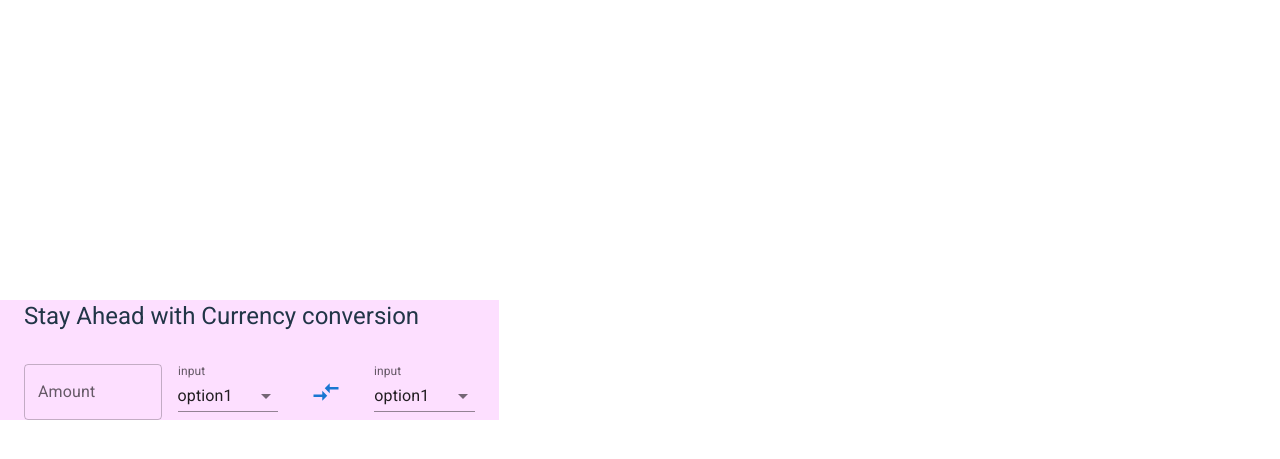
Repository: Asad-devv/CURRENCY
Page: /
The author's editor kept a copy of each file at every save. The page is drawn from the files as they stood at one save, then again after a run of saves.
The browser window is 1280 px wide. The pictures show the whole page.
The project was rebuilt for these pictures with package versions that can differ from the ones it lists, and the page was loaded fresh each time. Also part of the build but not shown: craco.config.js.

Above is the page before, as saved 2023-03-02 15:27:57.

### src/main.jsx
import React from 'react'
import ReactDOM from 'react-dom/client'
import App from './App'
import './index.css'
import '@fontsource/roboto/300.css';
import '@fontsource/roboto/400.css';
import '@fontsource/roboto/500.css';
import '@fontsource/roboto/700.css';


ReactDOM.createRoot(document.getElementById('root')).render(
  <React.StrictMode>
    <App />
  </React.StrictMode>,
)

### src/App.jsx
import { Button, Container,Typography,Grid } from "@mui/material";
import { useState } from "react";
import reactLogo from "./assets/react.svg";
import InputAmount from "./components/InputAmount";
import SelectCountry from "./components/selectCountry";
import SwitchCurrency from "./components/SwitchCurrency";
// import './App.css'

function App() {
  const [count, setCount] = useState(0);

  return (
    <Container maxWidth="md" sx={{ background: "#fddfff" }}>
      <Typography variant = "h5"sx={{mb:"2rem"}}>Stay Ahead with Currency conversion</Typography>
      <Grid container spacing ={2}>
        <InputAmount/>
        <SelectCountry/>
        <SwitchCurrency/>
        <SelectCountry/>
      </Grid>
    </Container>
  );
}

export default App;

### src/components/InputAmount.jsx
import React from "react";

import { Grid, TextField ,InputAdornment} from "@mui/material";
const InputAmount = () => {
  return (
    <Grid item xs={12} md>
      <TextField
        label="Amount"
        fullWidth
        inputProps={{ type: "number",startAdornment :<InputAdornment position="start">qwnm$</InputAdornment> }}

      ></TextField>
    </Grid>
  );
};

export default InputAmount;

### src/components/selectCountry.jsx
import React from 'react'
import {Autocomplete, Grid,Box ,TextField} from "@mui/material"
const SelectCountry = () => {
  return (
    <Grid item xs={12} md={3}>
    {/* <Autocomplete></Autocomplete> */}
    <Autocomplete
        value="option1"
        options = {["opt1","opt2","opt3"]}
        id="disable-clearable"
        disableClearable
        renderInput={(params) => (
          <TextField {...params} label="input" variant="standard" />
        )}
      />
  </Grid>
  )
}

export default SelectCountry

### src/components/SwitchCurrency.jsx
import React from "react";
import { Button, Grid } from "@mui/material";
import CompareArrowsIcon from "@mui/icons-material/CompareArrows";

const SwitchCurrency = () => {
  return (
    <Grid item xs={12} md="auto">
      <Button sx={{ borderRadius: 1, height: "100%" }}>
        <CompareArrowsIcon sx={{ fontSize: 30 }} />
      </Button>
    </Grid>
  );
};

export default SwitchCurrency;

Loaded but not shown: index.html (common file); src/index.css (common file)

After the next 3 saves:
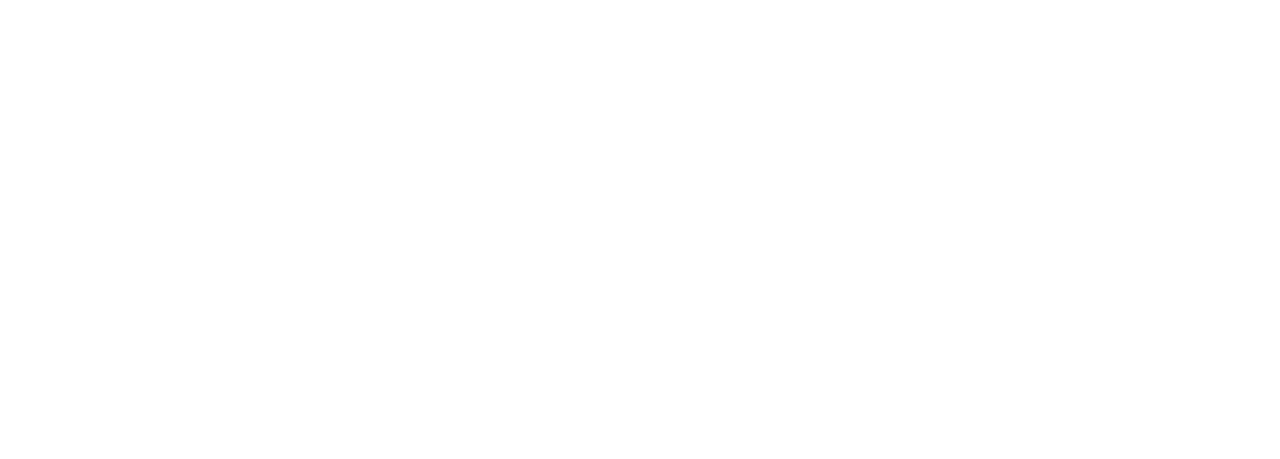
Console error: ReferenceError: bac is not defined
The 3 saves are shown as one change because 1 did not build or start and some came seconds apart.
The last was saved 36 s later.
--- a/src/App.jsx
+++ b/src/App.jsx
@@ -7,8 +7,7 @@
 // import './App.css'
 
 function App() {
-  const [count, setCount] = useState(0);
-
+  const boxStyles ={bac}
   return (
     <Container maxWidth="md" sx={{ background: "#fddfff" }}>
       <Typography variant = "h5"sx={{mb:"2rem"}}>Stay Ahead with Currency conversion</Typography>

After the 3 saves that followed:
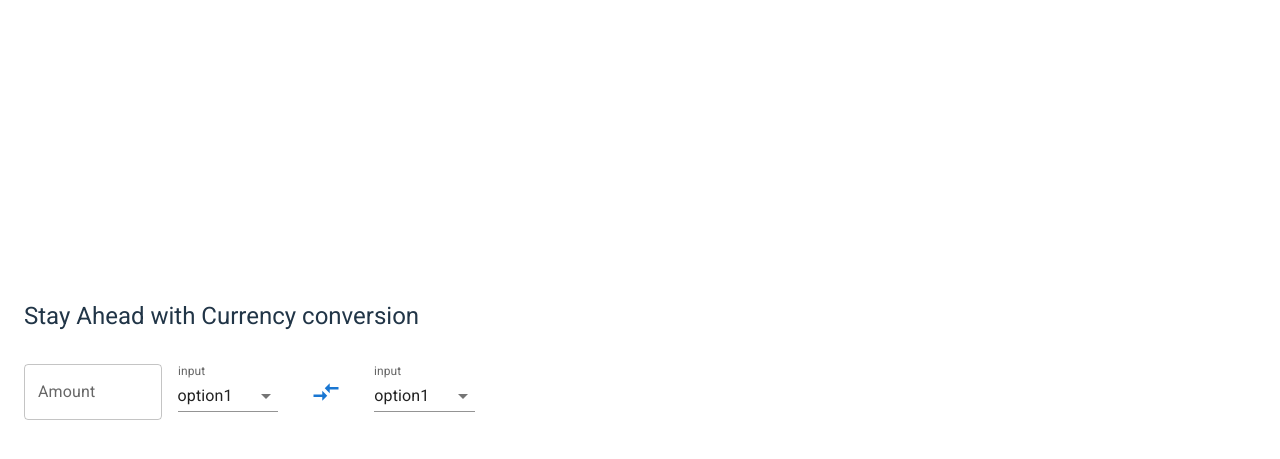
The error is gone.
The 3 saves are shown as one change because 1 left the picture as it was and some came seconds apart.
The last was saved 16 s later.
--- a/src/App.jsx
+++ b/src/App.jsx
@@ -7,9 +7,9 @@
 // import './App.css'
 
 function App() {
-  const boxStyles ={bac}
+  const boxStyles ={ background: "#fddfff" }
   return (
-    <Container maxWidth="md" sx={{ background: "#fddfff" }}>
+    <Container maxWidth="md" sx={{}}>
       <Typography variant = "h5"sx={{mb:"2rem"}}>Stay Ahead with Currency conversion</Typography>
       <Grid container spacing ={2}>
         <InputAmount/>
